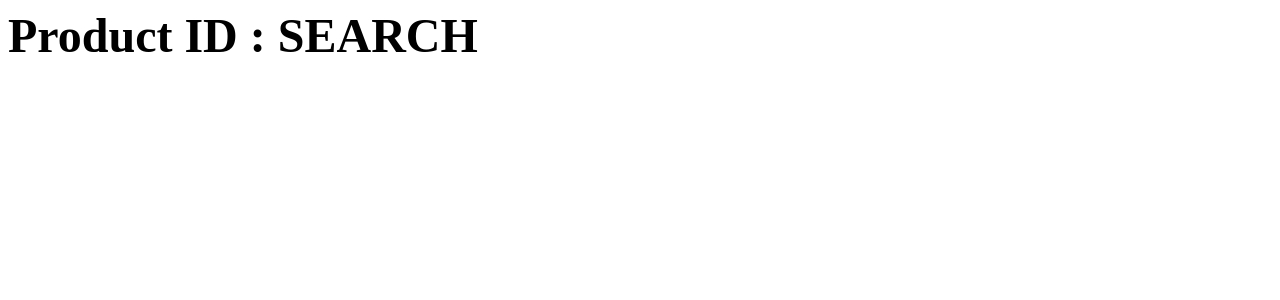
Repository: saxenagau/StrutsApplications
Page: http://localhost/DispatchAction/jsp/deleteform.jsp
These files come from the project's save history. The page is drawn as it stood at one moment and after the next save; the edit follows.
The browser window is 1280 px wide. The pictures show the whole page.
The page is served by Tomcat 9.

Above is the page before, as saved 2012-07-23 14:51:09.

After the next save:
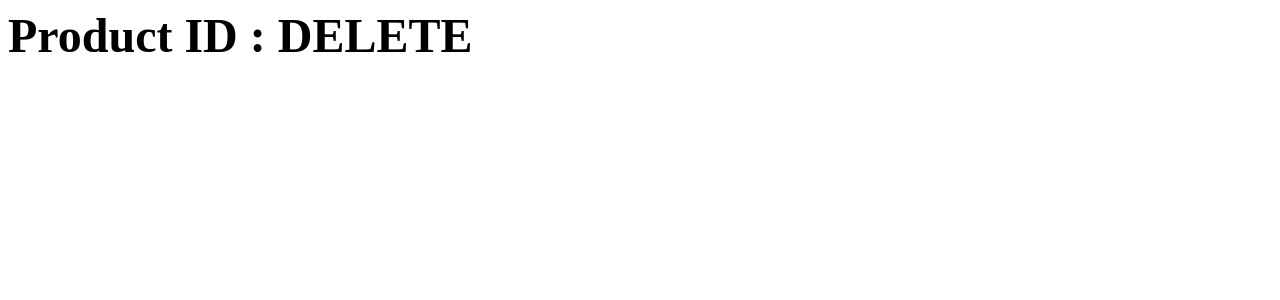
Saved 13 s later.
--- a/BuiltInActions/DispatchAction/WebContent/jsp/deleteform.jsp
+++ b/BuiltInActions/DispatchAction/WebContent/jsp/deleteform.jsp
@@ -9,7 +9,7 @@
 <body><b><font size="7">
 	<html:form method="get" action="/search.do">
 		Product ID : <html:text property="pid"></html:text>
-		<html:submit>SEARCH</html:submit>
+		<html:submit>DELETE</html:submit>
 	</html:form>
 </font></b></body>
 </html>
